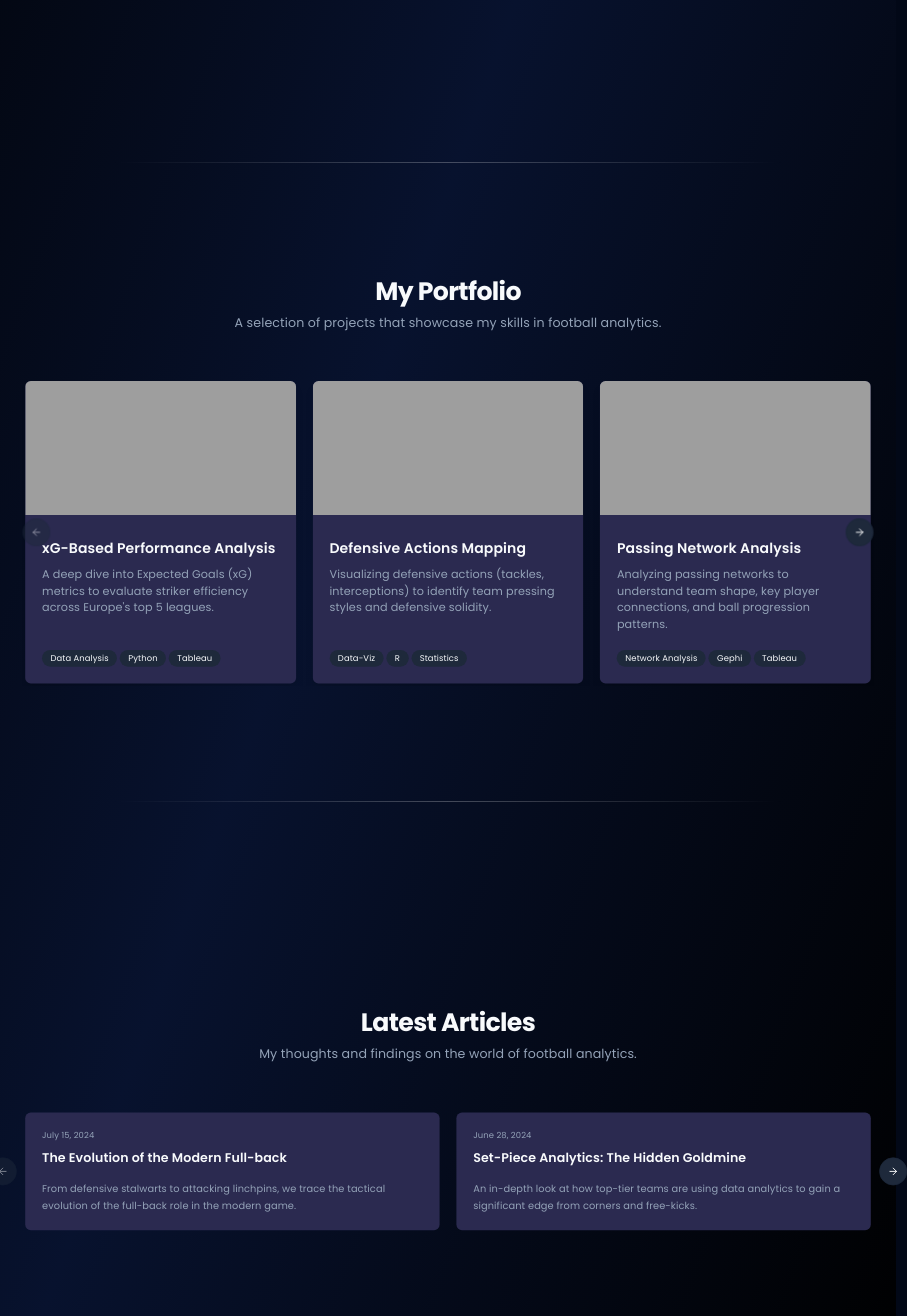
Repository: patrick-cw/my-portfolio
Page: /
The author's editor kept a copy of each file at every save. The page is drawn from the files as they stood at one save, then again after the next save.
The browser window is 1280 px wide. The page is 1296 px wide, so the pictures cover 1296 px, including what lies to the right of the window. The pictures show the part of the page from y = 1498 to 3378 px (the page is 3545 px tall), at 70% of full size.
Pictures or frames that could not be fetched are drawn as grey boxes. The project was rebuilt for these pictures with package versions that can differ from the ones it lists, and the page was loaded fresh each time. The framework's server and built-in components were replaced by stand-ins that run in the browser. Also part of the build but not shown: next.config.ts.

Above is the page before, as saved 2025-08-31 03:23:09.

### src/app/layout.tsx
import type {Metadata} from 'next';
import './globals.css';
import { Toaster } from "@/components/ui/toaster";
import { cn } from '@/lib/utils';
import Particles from '@/components/particles';
import Header from '@/components/header';
import Footer from '@/components/footer';
import ThemeRegistry from '@/components/ThemeRegistry';

export const metadata: Metadata = {
  title: "Patrick's Portfolio",
  description: 'A portfolio showcasing football analytics projects, articles, and more.',
};

export default function RootLayout({
  children,
}: Readonly<{
  children: React.ReactNode;
}>) {
  return (
    <html lang="en" className="dark" style={{scrollBehavior: 'smooth'}}>
      <head>
        <link rel="preconnect" href="https://fonts.googleapis.com" />
        <link rel="preconnect" href="https://fonts.gstatic.com" crossOrigin="anonymous" />
        <link href="https://fonts.googleapis.com/css2?family=Poppins:wght@400;600;700&display=swap" rel="stylesheet" />
      </head>
      <body className={cn("min-h-screen font-body antialiased bg-background")}>
        <ThemeRegistry>
          <div className="relative z-0 flex min-h-screen flex-col bg-gradient-to-br from-black via-blue-900/20 to-black">
            <Particles />
            <Header />
            <main className="flex-1">{children}</main>
            <Footer />
          </div>
          <Toaster />
        </ThemeRegistry>
      </body>
    </html>
  );
}

### src/app/page.tsx
import { Button } from "@/components/ui/button";
import { User, LineChart, Newspaper, ArrowDown } from "lucide-react";
import LinkedInIcon from '@mui/icons-material/LinkedIn';
import XIcon from '@mui/icons-material/X';
import GitHubIcon from '@mui/icons-material/GitHub';
import Image from "next/image";
import Link from "next/link";
import { Carousel, CarouselContent, CarouselItem, CarouselNext, CarouselPrevious } from "@/components/ui/carousel";

function FadingSeparator() {
  return (
    <div className="relative my-24 h-px w-full bg-transparent">
      <div className="absolute left-1/2 top-0 h-px w-3/4 -translate-x-1/2 bg-gradient-to-r from-transparent via-white opacity-25 to-transparent" />
    </div>
  )
}

// About Section Component
function AboutSection() {
  return (
    <section id="about" className="relative min-h-screen flex flex-col justify-center">
      <div className="container">
      <div className="grid grid-cols-1 items-center gap-y-16 lg:grid-cols-2 lg:gap-x-2">
          <div className="lg:col-span-7">
            <div className="max-w-xl">
              <h2 className="text-3xl font-bold tracking-tight text-foreground sm:text-4xl font-headline">About Me</h2>
              <p style={{color: "hsl(215deg 26.4% 84.39%)"}} className="mt-4 text-lg text-muted-foreground text-justify">
                I am Patrick Cipta Winata, a Data Engineer and Analyst with experience in building scalable data pipelines, developing Python solutions, and creating interactive data visualizations. I have worked on projects ranging from football analytics to cloud-based data engineering, with professional experience at Samsung Research Indonesia and freelance collaborations in data-driven problem solving.
              </p>
              <p style={{color: "hsl(215deg 26.4% 84.39%)"}} className="mt-4 text-lg text-muted-foreground text-justify">
                Beyond my professional and academic work, I am also passionate about crypto trading and machine learning, continuously exploring how data and AI can drive insights in both financial markets and sports analytics.
              </p>
            </div>
          </div>
          <div className="flex justify-center lg:col-span-5 lg:col-start-8">
            <Image
              src="/images/face.JPG"
              alt="Patrick Cipta Winata"
              width={350}
              height={350}
              className="rounded-full object-cover shadow-lg transition-all duration-300 hover:scale-105 hover:shadow-primary/20"
              data-ai-hint="portrait man"
            />
          </div>
        </div>
      </div>
    </section>
  );
}

// Portfolio Section Component
function PortfolioSection() {
  const projects = [
    {
      title: "xG-Based Performance Analysis",
      description: "A deep dive into Expected Goals (xG) metrics to evaluate striker efficiency across Europe's top 5 leagues.",
      image: "https://picsum.photos/600/400?random=1",
      tags: ["Data Analysis", "Python", "Tableau"],
      link: "/portfolio/xg-based-performance-analysis",
      imageHint: "soccer chart"
    },
    {
      title: "Defensive Actions Mapping",
      description: "Visualizing defensive actions (tackles, interceptions) to identify team pressing styles and defensive solidity.",
      image: "https://picsum.photos/600/400?random=2",
      tags: ["Data-Viz", "R", "Statistics"],
      link: "/portfolio/defensive-actions-mapping",
      imageHint: "soccer field"
    },
    {
      title: "Passing Network Analysis",
      description: "Analyzing passing networks to understand team shape, key player connections, and ball progression patterns.",
      image: "https://picsum.photos/600/400?random=3",
      tags: ["Network Analysis", "Gephi", "Tableau"],
      link: "/portfolio/passing-network-analysis",
      imageHint: "soccer tactics"
    },
    {
      title: "Player Recruitment Model",
      description: "A data-driven model to identify undervalued players based on performance metrics and market values.",
      image: "https://picsum.photos/600/400?random=4",
      tags: ["Machine Learning", "Python", "Scouting"],
      link: "/portfolio/player-recruitment-model",
      imageHint: "soccer player celebrating"
    },
    {
      title: "Interactive Shot Map Dashboard",
      description: "A web-based dashboard allowing users to explore shot data from various competitions interactively.",
      image: "https://picsum.photos/600/400?random=5",
      tags: ["Web Dev", "React", "D3.js"],
      link: "/portfolio/interactive-shot-map-dashboard",
      imageHint: "soccer dashboard"
    },
    {
      title: "Tactical Formations Analysis",
      description: "A comprehensive study of the 4-3-3 vs 4-4-2 formations, showcasing strengths and weaknesses with data visualization.",
      image: "https://picsum.photos/600/400?random=6",
      tags: ["Tactics", "Data-Viz", "Analysis"],
      link: "/portfolio/tactical-formations-analysis",
      imageHint: "soccer strategy board"
    }
  ];

  return (
    <section id="portfolio" className="relative min-h-screen flex flex-col justify-center">
        <div className="container">
          <div className="mx-auto max-w-3xl text-center">
            <h2 className="text-3xl font-bold tracking-tight text-foreground sm:text-4xl font-headline">My Portfolio</h2>
            <p className="mt-2 text-lg leading-8 text-muted-foreground">
              A selection of projects that showcase my skills in football analytics.
            </p>
          </div>
          <div className="mt-16">
            <Carousel
              opts={{
                align: "start",
                loop: false,
              }}
              className="w-full"
            >
              <CarouselContent>
                {projects.map((project) => (
                  <CarouselItem key={project.title} className="md:basis-1/2 lg:basis-1/3">
                    <div className="p-1 h-full">
                       <div className="group flex flex-col h-full overflow-hidden rounded-lg bg-card-highlight shadow-lg transition-all duration-300 hover:shadow-primary/20 hover:-translate-y-2 hover:bg-accent">
                          <Link href={project.link} className="block shrink-0">
                            <Image
                              className="h-48 w-full object-cover"
                              src={project.image}
                              alt={project.title}
                              width={600}
                              height={400}
                              data-ai-hint={project.imageHint}
                            />
                          </Link>
                          <div className="flex flex-1 flex-col justify-between p-6">
                            <div className="flex-1">
                              <Link href={project.link} className="mt-2 block">
                                <p className="text-xl font-semibold text-foreground group-hover:text-primary transition-colors font-headline">{project.title}</p>
                                <p className="mt-3 text-base text-muted-foreground">{project.description}</p>
                              </Link>
                            </div>
                            <div className="mt-6 flex items-center">
                              <div className="flex space-x-1 text-sm text-muted-foreground">
                                {project.tags.map((tag) => (
                                  <span key={tag} className="inline-flex items-center rounded-full bg-secondary px-3 py-1 text-xs font-medium text-secondary-foreground">
                                    {tag}
                                  </span>
                                ))}
                              </div>
                            </div>
                          </div>
                        </div>
                    </div>
                  </CarouselItem>
                ))}
              </CarouselContent>
              <CarouselPrevious className="ml-12 h-10 w-10 bg-accent hover:bg-primary" />
              <CarouselNext className="mr-12 h-10 w-10 bg-accent hover:bg-primary"/>
            </Carousel>
          </div>
        </div>
    </section>
  );
}
// Articles Section Component
function ArticlesSection() {
  const articles = [
      {
        title: "The Evolution of the Modern Full-back",
        date: "July 15, 2024",
        excerpt: "From defensive stalwarts to attacking linchpins, we trace the tactical evolution of the full-back role in the modern game.",
        link: "/articles/evolution-of-the-modern-full-back",
      },
      {
        title: "Set-Piece Analytics: The Hidden Goldmine",
        date: "June 28, 2024",
        excerpt: "An in-depth look at how top-tier teams are using data analytics to gain a significant edge from corners and free-kicks.",
        link: "/articles/set-piece-analytics",
      },
      {
        title: "The Rise of Positional Play",
        date: "May 12, 2024",
        excerpt: "How philosophies popularised by Guardiola and Cruyff have come to dominate European football tactics.",
        link: "/articles/rise-of-positional-play",
      },
      {
        title: "Valuing Defensive Actions",
        date: "April 22, 2024",
        excerpt: "A new model for quantifying the impact of tackles, interceptions, and pressures beyond simple event counting.",
        link: "/articles/valuing-defensive-actions",
      },
      {
        title: "The Impact of High Pressing",
        date: "August 05, 2024",
        excerpt: "Exploring the data behind high-pressing strategies and their correlation with winning major trophies in modern football.",
        link: "/articles/impact-of-high-pressing",
      },
    ];

  return (
      <section id="articles" className="relative min-h-screen flex flex-col justify-center">
          <div className="container">
            <div className="mx-auto max-w-3xl text-center">
              <h2 className="text-3xl font-bold tracking-tight text-foreground sm:text-4xl font-headline">Latest Articles</h2>
              <p className="mt-2 text-lg leading-8 text-muted-foreground">
                My thoughts and findings on the world of football analytics.
              </p>
            </div>
            <div className="mt-16">
               <Carousel
                  opts={{
                    align: "start",
                    loop: false,
                  }}
                  className="w-full max-w-4xl mx-auto"
                >
                <CarouselContent>
                  {articles.map((article) => (
                    <CarouselItem key={article.title} className="md:basis-1/2">
                      <div className="p-1 h-full">
                        <article className="group flex h-full max-w-xl flex-col items-start justify-between rounded-lg bg-card-highlight p-6 transition-all duration-300 hover:bg-accent hover:-translate-y-2">
                          <div className="flex items-center gap-x-4 text-xs">
                            <time dateTime={article.date} className="text-muted-foreground">
                              {article.date}
                            </time>
                          </div>
                          <div className="group relative">
                            <h3 className="mt-3 text-lg font-semibold leading-6 text-foreground group-hover:text-primary transition-colors font-headline">
                              <Link href={article.link}>
                                <span className="absolute inset-0" />
                                {article.title}
                              </Link>
                            </h3>
                            <p className="mt-5 line-clamp-3 text-sm leading-6 text-muted-foreground">{article.excerpt}</p>
                          </div>
                        </article>
                      </div>
                    </CarouselItem>
                  ))}
                </CarouselContent>
                 <CarouselPrevious className="-left-12 h-10 w-10 bg-accent hover:bg-primary" />
                 <CarouselNext className="-right-12 h-10 w-10 bg-accent hover:bg-primary" />
              </Carousel>
            </div>
          </div>
      </section>
  );
}

export default function Home() {
  return (
    <>
      {/* Hero Section */}
      <section className="container flex min-h-[calc(100vh-3.5rem)] flex-col items-center justify-center text-center">
        <div className="flex-grow flex flex-col items-center justify-center">
          <h1 className="font-headline text-4xl font-bold tracking-tight text-foreground sm:text-6xl md:text-7xl">
          Patrick's Portfolio
          </h1>
          <p className="mt-6 text-lg leading-8 text-muted-foreground max-w-xl mx-auto">
          Welcome to the portfolio of Patrick Cipta Winata. Exploring the World Through Data, Machine Learning, and Analytics.
          </p>
          <div className="mt-10 flex flex-col items-center justify-center gap-y-6">
            <div className="flex items-center justify-center gap-x-4 flex-wrap gap-y-4">
               <Button variant="default" asChild>
                <Link href="/#about">
                  About Me <User className="ml-2 h-4 w-4" />
                </Link>
              </Button>
              <Button variant="default" asChild>
                <Link href="/#portfolio">
                  View Projects <LineChart className="ml-2 h-4 w-4" />
                </Link>
              </Button>
              <Button variant="default" asChild>
                <Link href="/#articles">
                  Read Articles <Newspaper className="ml-2 h-4 w-4" />
                </Link>
              </Button>
            </div>
            <div className="flex items-center gap-4 mt-8">
              <Link href="https://twitter.com" target="_blank" rel="noopener noreferrer" aria-label="Twitter">
                <XIcon className="h-6 w-6 text-muted-foreground transition-colors hover:text-foreground" />
              </Link>
              <Link href="https://linkedin.com" target="_blank" rel="noopener noreferrer" aria-label="LinkedIn">
                <LinkedInIcon className="h-6 w-6 text-muted-foreground transition-colors hover:text-foreground" />
              </Link>
              <Link href="https://github.com" target="_blank" rel="noopener noreferrer" aria-label="GitHub">
                <GitHubIcon className="h-6 w-6 text-muted-foreground transition-colors hover:text-foreground" />
              </Link>
            </div>
          </div>
        </div>
        <div className="absolute bottom-4 left-1/2 -translate-x-1/2 animate-bounce">
          <a href="#about" aria-label="Scroll to about section">
            <ArrowDown className="h-6 w-6 text-muted-foreground" />
          </a>
        </div>
      </section>
      <FadingSeparator />
      <AboutSection />
      <FadingSeparator />
      <PortfolioSection />
      <FadingSeparator />
      <ArticlesSection />
    </>
  );
}

### src/components/footer.tsx
export default function Footer() {
    return (
      <footer className="border-t border-border/40 py-6 md:py-8">
        <div className="container flex flex-col items-center justify-between gap-4 md:flex-row">
          <p className="text-sm text-muted-foreground">
            © {new Date().getFullYear()} Patrick Cipta Winata. All rights reserved.
          </p>
        </div>
      </footer>
    );
  }

Loaded but not shown: src/lib/utils.ts (common file); src/hooks/use-toast.ts (common file); src/components/ui/carousel.tsx (262 lines, source omitted); src/components/ui/toast.tsx (129 lines, source omitted); src/components/particles.tsx (147 lines, source omitted); tailwind.config.ts (110 lines, source omitted); src/app/globals.css (86 lines, source omitted); src/components/ui/button.tsx (56 lines, source omitted); src/components/ThemeRegistry.tsx (69 lines, source omitted); src/components/header.tsx (26 lines, source omitted); src/components/ui/toaster.tsx (35 lines, source omitted)

After the next save:
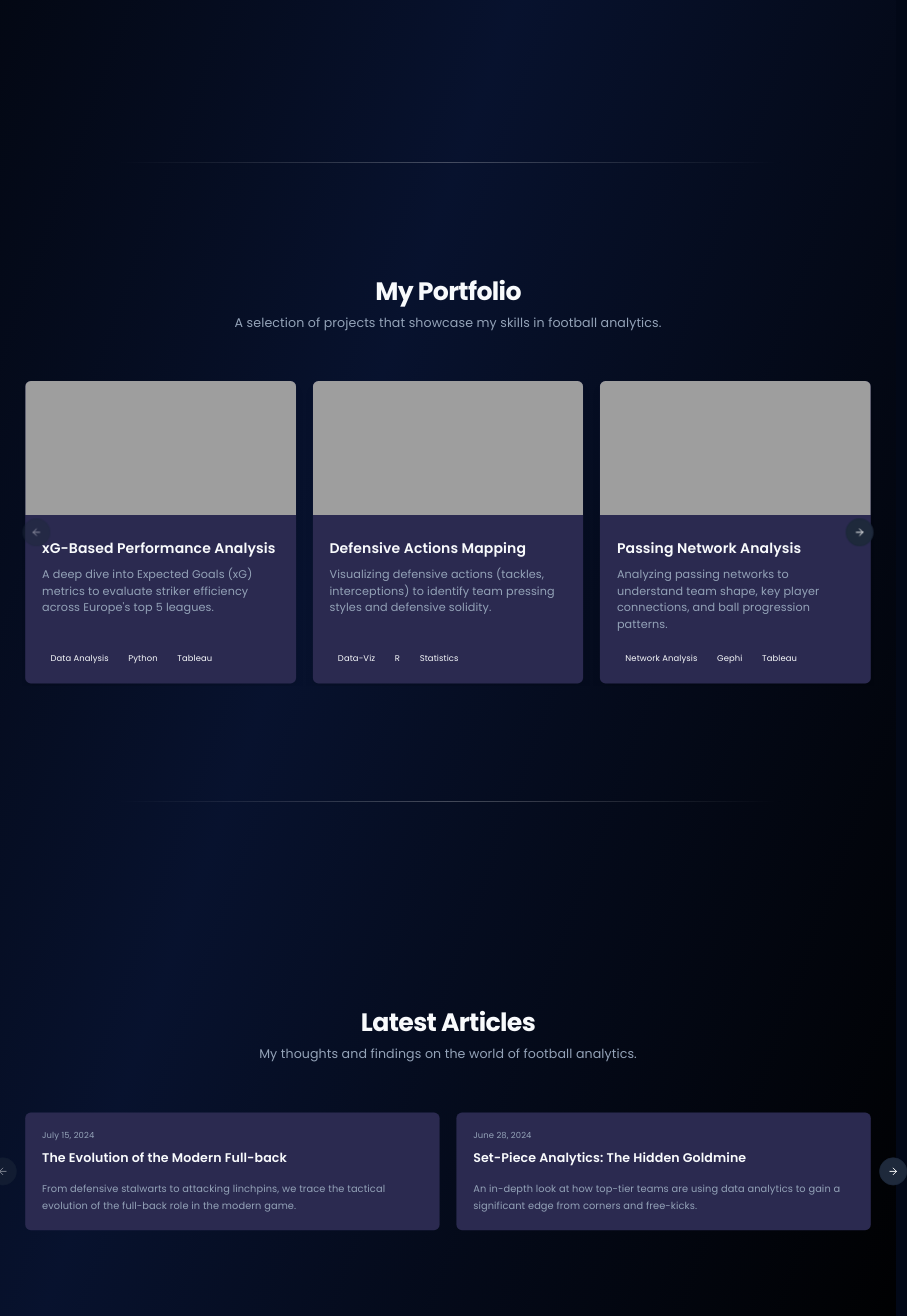
Saved 8 s later.
--- a/src/app/page.tsx
+++ b/src/app/page.tsx
@@ -143,7 +143,7 @@
                             <div className="mt-6 flex items-center">
                               <div className="flex space-x-1 text-sm text-muted-foreground">
                                 {project.tags.map((tag) => (
-                                  <span key={tag} className="inline-flex items-center rounded-full bg-secondary px-3 py-1 text-xs font-medium text-secondary-foreground">
+                                  <span key={tag} className="inline-flex items-center rounded-full bg-foregroudn px-3 py-1 text-xs font-medium text-secondary-foreground">
                                     {tag}
                                   </span>
                                 ))}

After the save that followed:
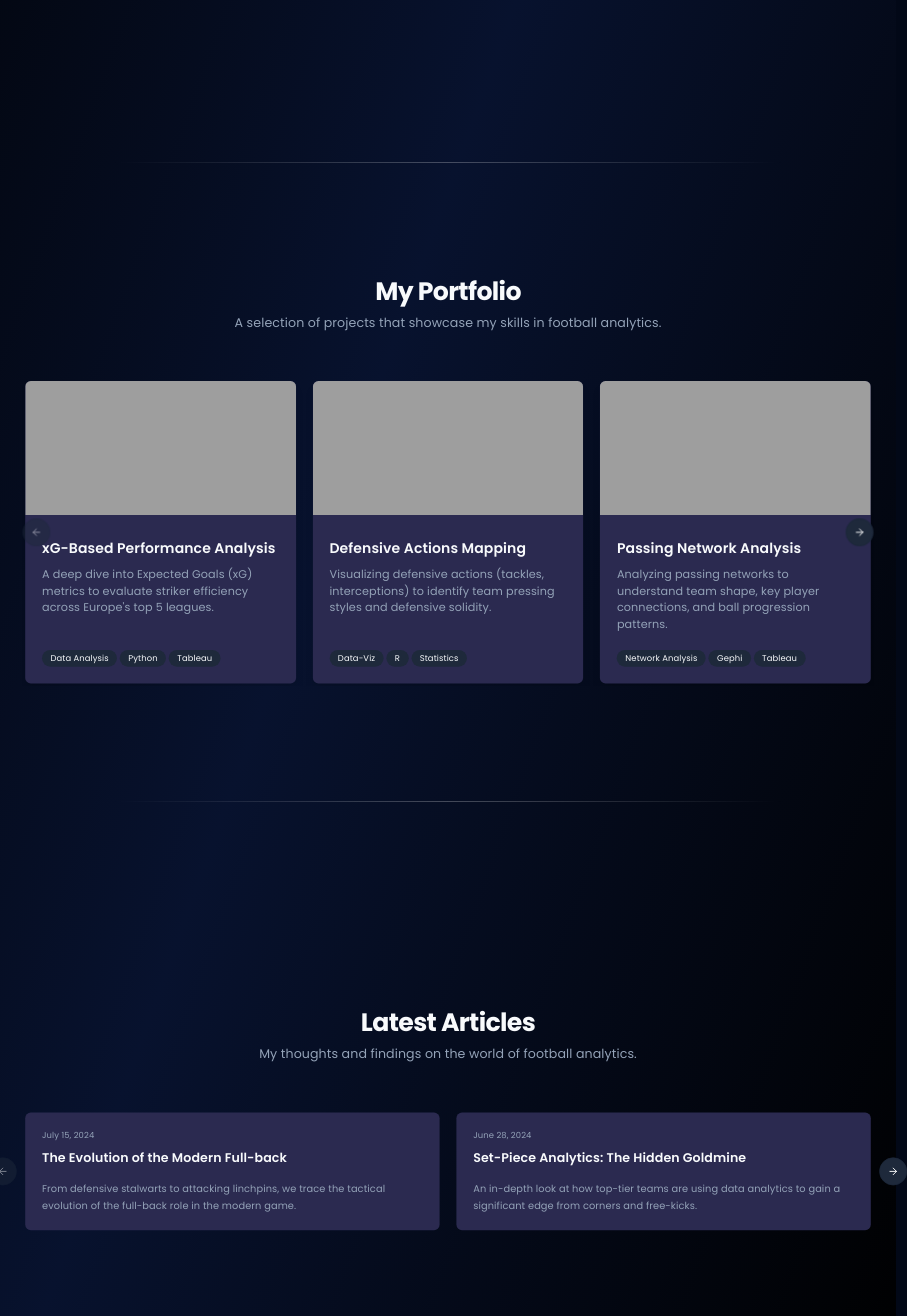
Saved 11 s later.
--- a/src/app/page.tsx
+++ b/src/app/page.tsx
@@ -143,7 +143,7 @@
                             <div className="mt-6 flex items-center">
                               <div className="flex space-x-1 text-sm text-muted-foreground">
                                 {project.tags.map((tag) => (
-                                  <span key={tag} className="inline-flex items-center rounded-full bg-foregroudn px-3 py-1 text-xs font-medium text-secondary-foreground">
+                                  <span key={tag} className="inline-flex items-center rounded-full bg-accent px-3 py-1 text-xs font-medium text-accent-foreground">
                                     {tag}
                                   </span>
                                 ))}
